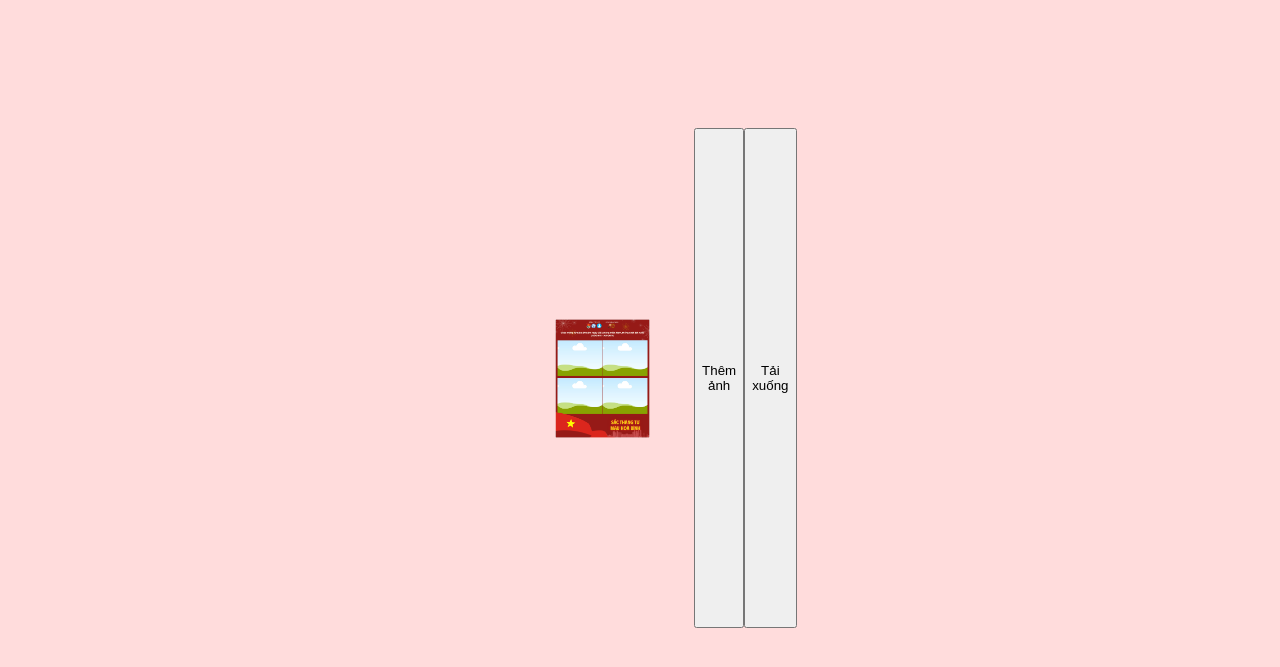
Repository: nguyentambinh/tuoitretdmu
Page: http://localhost/
An editor plug-in stored every save of this project. The page is shown before and after the next save, followed by the edit.
The browser window is 1280 px wide. The pictures show the whole page.
The page is run by PHP 8.4 with error messages shown; the project is at /var/www/html/.

Above is the page before, as saved 2025-04-10 12:46:29.

### index.php
<!DOCTYPE html>
<html lang="en">
<head>
    <meta charset="UTF-8">
    <meta name="viewport" content="width=device-width, initial-scale=1.0">
    <link rel="stylesheet" href="main.css">
    <script src="main.js"></script>
    <title></title>
</head>
<body>
    <div class = "container-box">
        <div class="background-box">

        </div>
        <div class="control-box">
            <button class = "btn-add-picture">Thêm ảnh</button>
            <button class="btn-dowload-picture">Tải xuống</button>
        </div>
    </div>

</body>
</html>

### main.css
body{
    background-color: #ffdcdc;
    width: 80%;
    margin: 0 auto;
    margin-top: 10%;
    align-items: center;
    display: flex;
    justify-content: center;
}

.background-box{
    display: flex;
    justify-content: center;
    width: 80%;
    height: 500px;
    background-position: center;
    background-image: url('./picture/FRAMEPHOTOBOOTH304.png');
    background-size: contain;
    background-repeat: no-repeat;
}
.container-box{
    display: grid;
    display: grid;
    grid-template-columns: 70% 30%;
    gap: 20px;
}
.control-box{
    display: flex;

}
.btn-dowload-picture{
    back
}

Loaded but not shown: main.js (no copy from this time; the picture is the same without it)

After the next save:
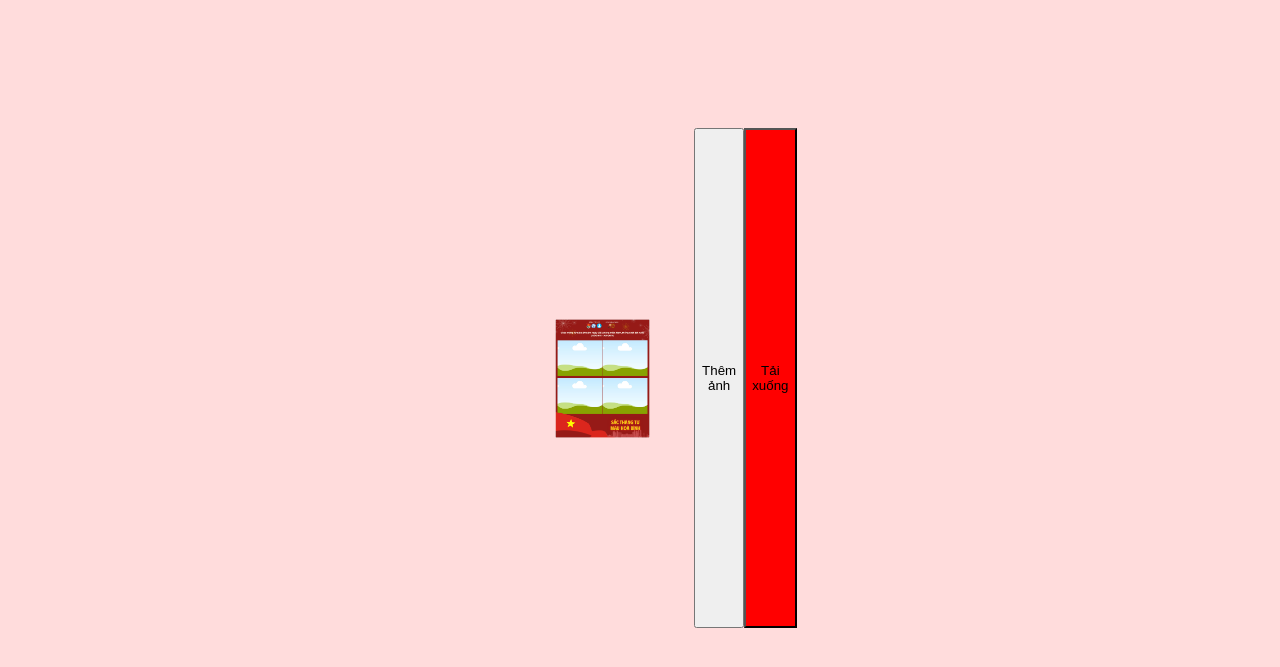
Saved 5 s later.
--- a/main.css
+++ b/main.css
@@ -29,5 +29,5 @@
 
 }
 .btn-dowload-picture{
-    back
+    background-color: red;
 }
